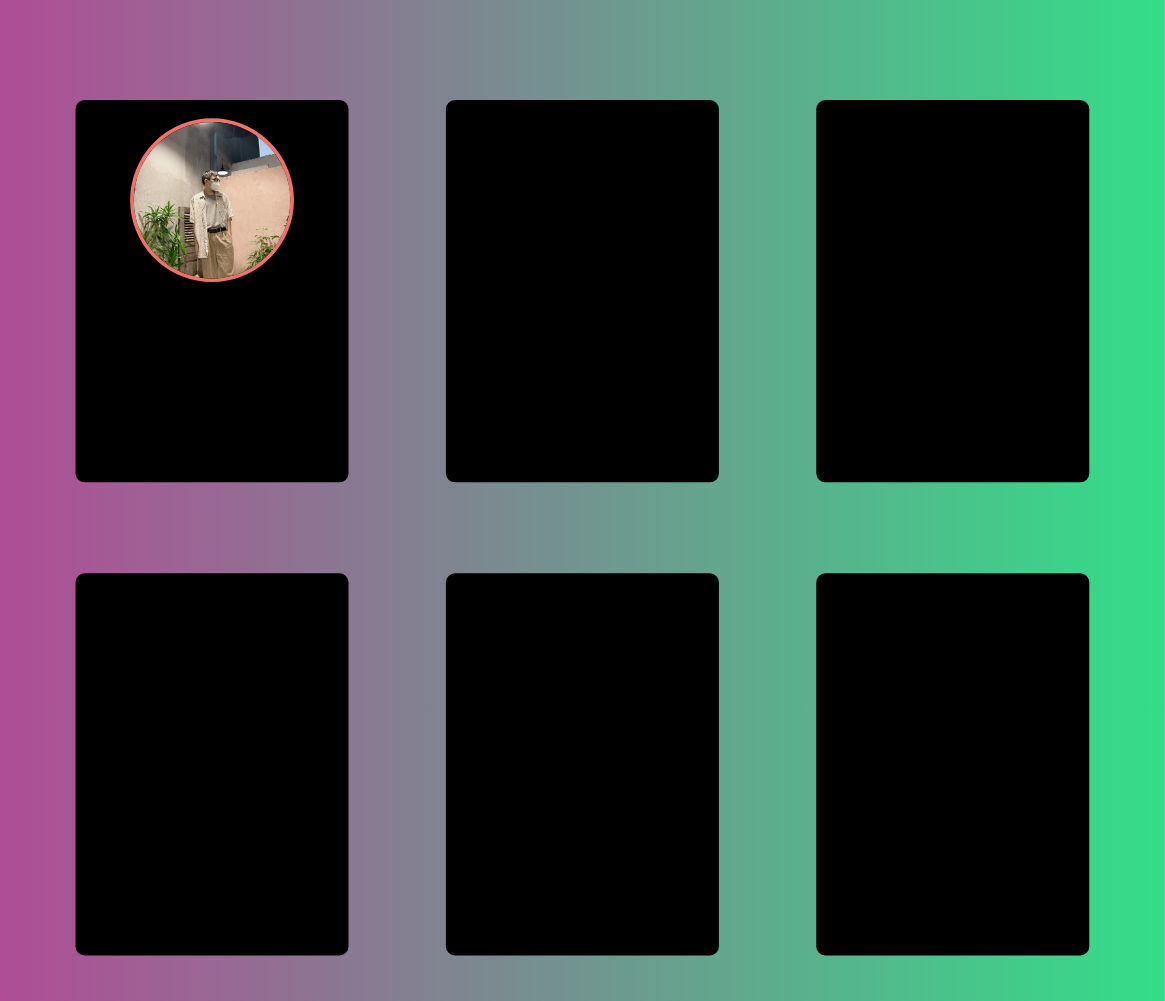
Repository: lausamtuong/profileCard
Page: index.html
An editor plug-in stored every save of this project. The page is shown before and after the next save, followed by the edit.
The browser window is 1280 px wide. The pictures show the whole page, at 91% of full size.
The style sheet was rebuilt from its Sass, Less or Tailwind sources for each picture, by a compiler version that may differ from the author's.

Above is the page before, as saved 2021-12-14 15:14:07.

### index.html
<!DOCTYPE html>
<html lang="en">
<head>
    <meta charset="UTF-8">
    <meta http-equiv="X-UA-Compatible" content="IE=edge">
    <meta name="viewport" content="width=device-width, initial-scale=1.0">
    <link rel="stylesheet" href="style.css">
    <title>Document</title>
</head>
<body>
    <div class="card__list">
        <div class="card__item">
            <div class="card__image">
                <img src="tho.jpg" alt="">
            </div>
            <div class="card__name"></div>
            <div class="card__school"></div>
            <div class="card__social"></div>
            <div class="card__btn"></div>
        </div>
        <div class="card__item"></div>
        <div class="card__item"></div>
        <div class="card__item"></div>
        <div class="card__item"></div>
        <div class="card__item"></div>

    </div>
</body>
</html>

### style.scss
*{
    margin: 0;
    padding: 0;
    box-sizing: border-box;
}
:root {
    --pink-color: #f2726a;
  }
body{
    height: 100vh;
    background-image: linear-gradient(to right, #af4d96, #3d8);
}
.card{
    &__list{
        margin: 120px auto;
      display: flex;
      flex-wrap: wrap;
      justify-content: space-around;
      margin: 60px 30px;
    }
    &__item{
        width:300px;
        height:420px;
        background-color: #000;
        margin: 50px 20px;
        border-radius: 10px;
    }
    &__image{
        width: 180px;
        height: 180px;
        margin: 20px auto;
        img{
            width:100%;
            height: 100%;
            display: block;
            border-radius:50%;
            object-fit: cover;
            object-position: center;
            border: 4px solid var(--pink-color);
        }
    }

}

After the next save:
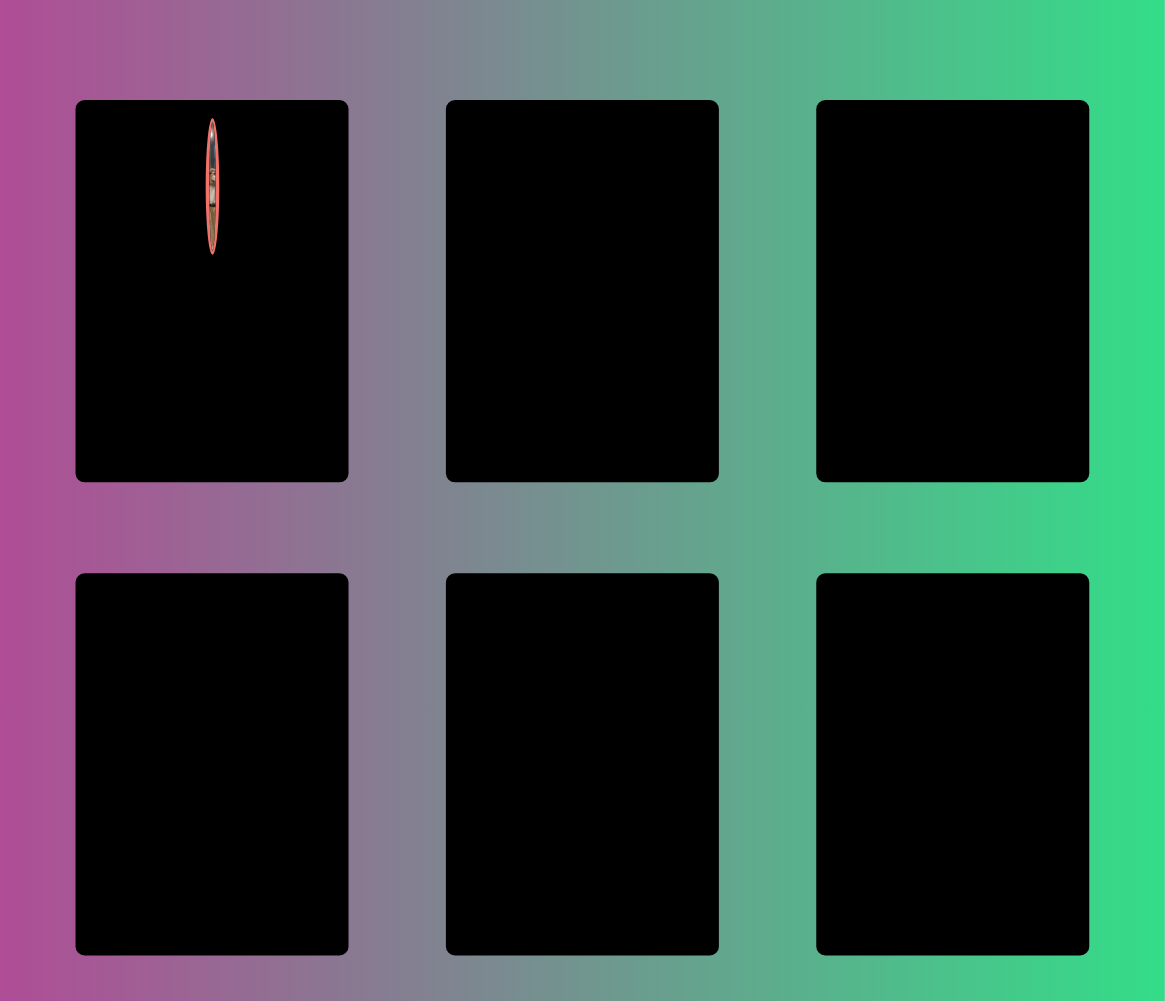
Saved 24 s later.
--- a/style.scss
+++ b/style.scss
@@ -26,8 +26,8 @@ body{
         border-radius: 10px;
     }
     &__image{
-        width: 180px;
-        height: 180px;
+        width: 15px;
+        height: 150px;
         margin: 20px auto;
         img{
             width:100%;
